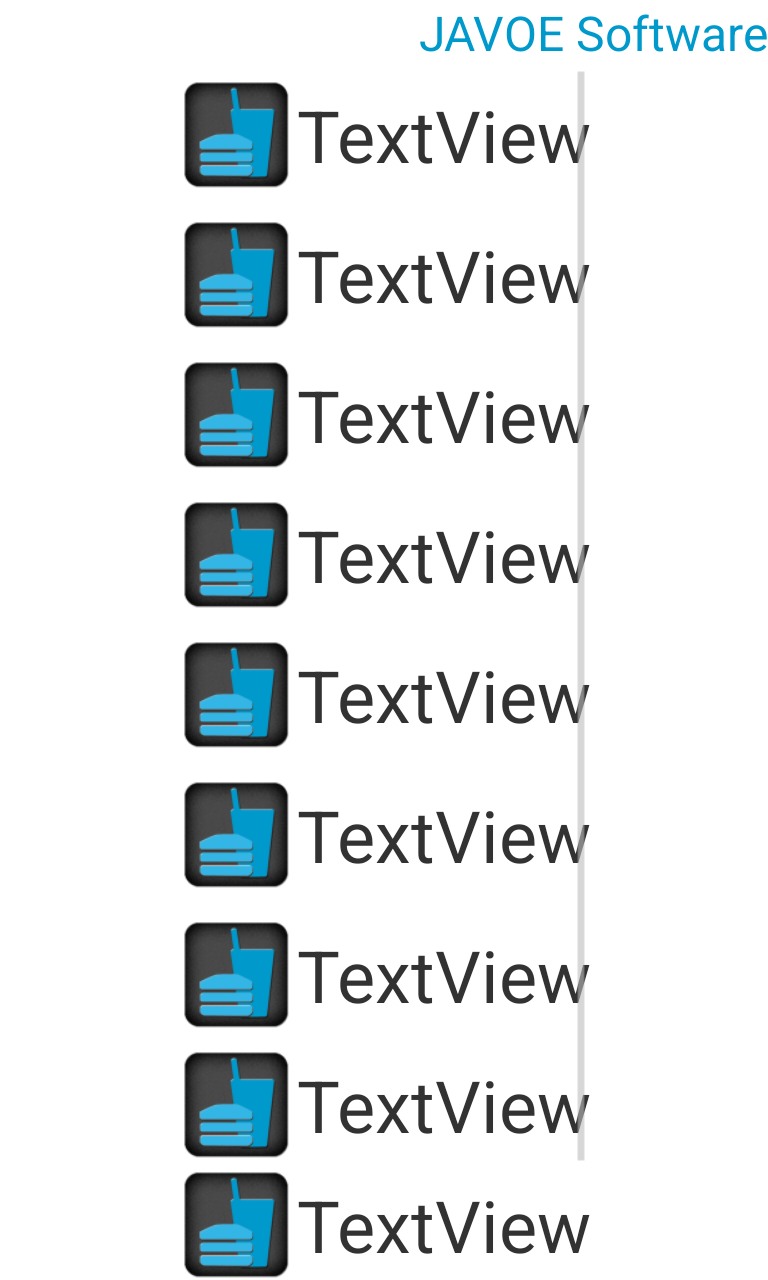
Repository: vitchyr/javoe
Layout: FirstRelease/res/layout/activity_main.xml
These files come from the project's save history. The layout is drawn as it stood at one moment and after the next save; the edit follows.
It is drawn on a 768 x 1280 px phone screen (xhdpi) without system bars, with theme AppTheme; the app's code is not run. The app's manifest (not shown) leaves right-to-left support off. So textAlignment, textDirection and layoutDirection are ignored, and left and right values win over start and end ones.

Above is the layout before, as saved 2013-08-19 20:44:40.

After the next save:
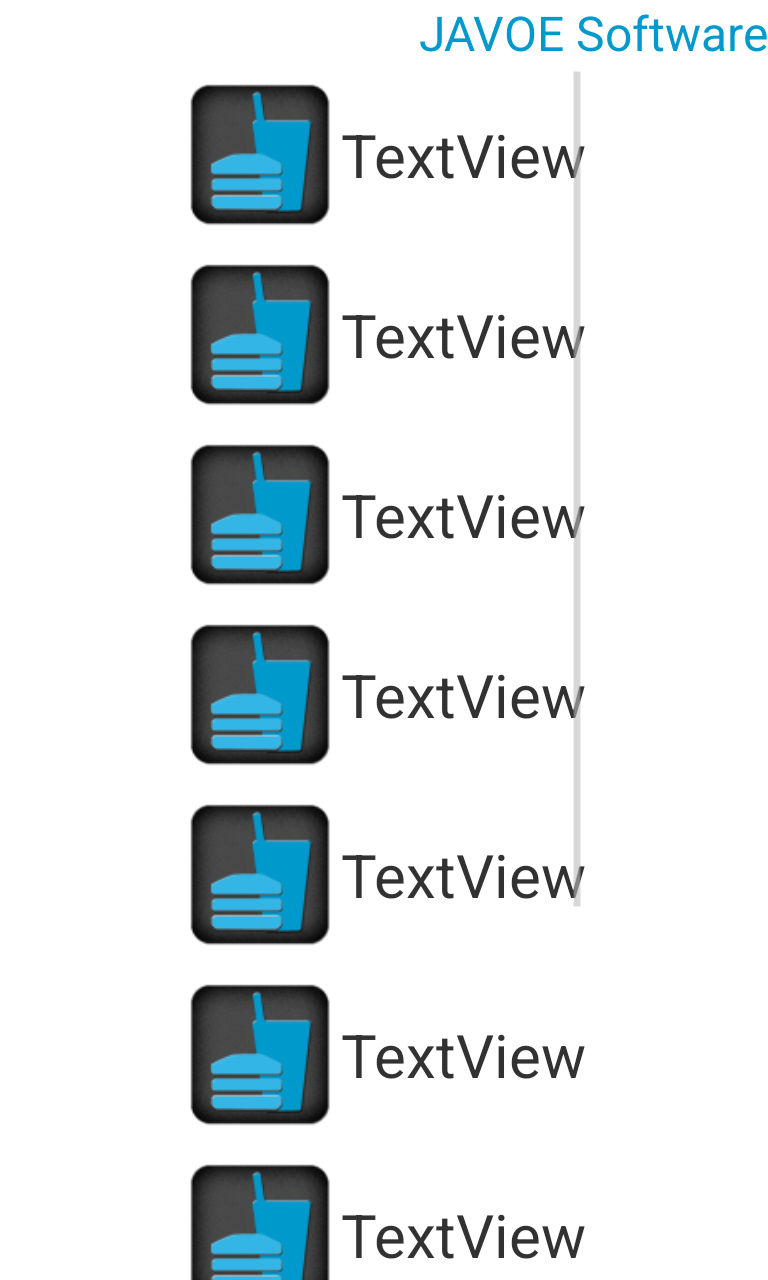
Saved 4 min 22 s later.
--- a/FirstRelease/res/layout/activity_main.xml
+++ b/FirstRelease/res/layout/activity_main.xml
@@ -47,8 +47,8 @@
 
                     <ImageView
                         android:id="@+id/imageView1"
-                        android:layout_width="60dp"
-                        android:layout_height="60dp"
+                        android:layout_width="80dp"
+                        android:layout_height="80dp"
                         android:src="@drawable/ic_launcher" />
 
                     <TextView
@@ -56,7 +56,7 @@
                         android:layout_width="wrap_content"
                         android:layout_height="wrap_content"
                         android:text="TextView"
-                        android:textSize="36sp" />
+                        android:textSize="30sp" />
 
                 </LinearLayout>
 
@@ -71,8 +71,8 @@
 
                     <ImageView
                         android:id="@+id/imageView2"
-                        android:layout_width="60dp"
-                        android:layout_height="60dp"
+                        android:layout_width="80dp"
+                        android:layout_height="80dp"
                         android:src="@drawable/ic_launcher" />
 
                     <TextView
@@ -80,7 +80,7 @@
                         android:layout_width="wrap_content"
                         android:layout_height="wrap_content"
                         android:text="TextView"
-                        android:textSize="36sp" />
+                        android:textSize="30sp" />
 
                 </LinearLayout>
 
@@ -95,8 +95,8 @@
 
                     <ImageView
                         android:id="@+id/imageView3"
-                        android:layout_width="60dp"
-                        android:layout_height="60dp"
+                        android:layout_width="80dp"
+                        android:layout_height="80dp"
                         android:src="@drawable/ic_launcher" />
 
                     <TextView
@@ -104,7 +104,7 @@
                         android:layout_width="wrap_content"
                         android:layout_height="wrap_content"
                         android:text="TextView"
-                        android:textSize="36sp" />
+                        android:textSize="30sp" />
 
                 </LinearLayout>
 
@@ -119,8 +119,8 @@
 
                     <ImageView
                         android:id="@+id/imageView4"
-                        android:layout_width="60dp"
-                        android:layout_height="60dp"
+                        android:layout_width="80dp"
+                        android:layout_height="80dp"
                         android:src="@drawable/ic_launcher" />
 
                     <TextView
@@ -128,7 +128,7 @@
                         android:layout_width="wrap_content"
                         android:layout_height="wrap_content"
                         android:text="TextView"
-                        android:textSize="36sp" />
+                        android:textSize="30sp" />
 
                 </LinearLayout>
 
@@ -143,8 +143,8 @@
 
                     <ImageView
                         android:id="@+id/imageView5"
-                        android:layout_width="60dp"
-                        android:layout_height="60dp"
+                        android:layout_width="80dp"
+                        android:layout_height="80dp"
                         android:src="@drawable/ic_launcher" />
 
                     <TextView
@@ -152,7 +152,7 @@
                         android:layout_width="wrap_content"
                         android:layout_height="wrap_content"
                         android:text="TextView"
-                        android:textSize="36sp" />
+                        android:textSize="30sp" />
 
                 </LinearLayout>
 
@@ -167,8 +167,8 @@
 
                     <ImageView
                         android:id="@+id/imageView6"
-                        android:layout_width="60dp"
-                        android:layout_height="60dp"
+                        android:layout_width="80dp"
+                        android:layout_height="80dp"
                         android:src="@drawable/ic_launcher" />
 
                     <TextView
@@ -176,7 +176,7 @@
                         android:layout_width="wrap_content"
                         android:layout_height="wrap_content"
                         android:text="TextView"
-                        android:textSize="36sp" />
+                        android:textSize="30sp" />
 
                 </LinearLayout>
 
@@ -191,8 +191,8 @@
 
                     <ImageView
                         android:id="@+id/imageView7"
-                        android:layout_width="60dp"
-                        android:layout_height="60dp"
+                        android:layout_width="80dp"
+                        android:layout_height="80dp"
                         android:src="@drawable/ic_launcher" />
 
                     <TextView
@@ -200,7 +200,7 @@
                         android:layout_width="wrap_content"
                         android:layout_height="wrap_content"
                         android:text="TextView"
-                        android:textSize="36sp" />
+                        android:textSize="30sp" />
 
                 </LinearLayout>
 
@@ -213,8 +213,8 @@
 
                     <ImageView
                         android:id="@+id/imageView8"
-                        android:layout_width="60dp"
-                        android:layout_height="60dp"
+                        android:layout_width="80dp"
+                        android:layout_height="80dp"
                         android:src="@drawable/ic_launcher" />
 
                     <TextView
@@ -222,7 +222,7 @@
                         android:layout_width="wrap_content"
                         android:layout_height="wrap_content"
                         android:text="TextView"
-                        android:textSize="36sp" />
+                        android:textSize="30sp" />
 
                 </LinearLayout>
 
@@ -235,8 +235,8 @@
 
                     <ImageView
                         android:id="@+id/imageView9"
-                        android:layout_width="60dp"
-                        android:layout_height="60dp"
+                        android:layout_width="80dp"
+                        android:layout_height="80dp"
                         android:src="@drawable/ic_launcher" />
 
                     <TextView
@@ -244,7 +244,7 @@
                         android:layout_width="wrap_content"
                         android:layout_height="wrap_content"
                         android:text="TextView"
-                        android:textSize="36sp" />
+                        android:textSize="30sp" />
 
                 </LinearLayout>
 
@@ -257,8 +257,9 @@
 
                     <ImageView
                         android:id="@+id/imageView10"
-                        android:layout_width="60dp"
-                        android:layout_height="60dp"
+                        android:layout_width="80dp"
+                        android:layout_height="80dp"
+                        android:scaleType="fitCenter"
                         android:src="@drawable/ic_launcher" />
 
                     <TextView
@@ -266,7 +267,7 @@
                         android:layout_width="wrap_content"
                         android:layout_height="wrap_content"
                         android:text="TextView"
-                        android:textSize="36sp" />
+                        android:textSize="30sp" />
 
                 </LinearLayout>
 
